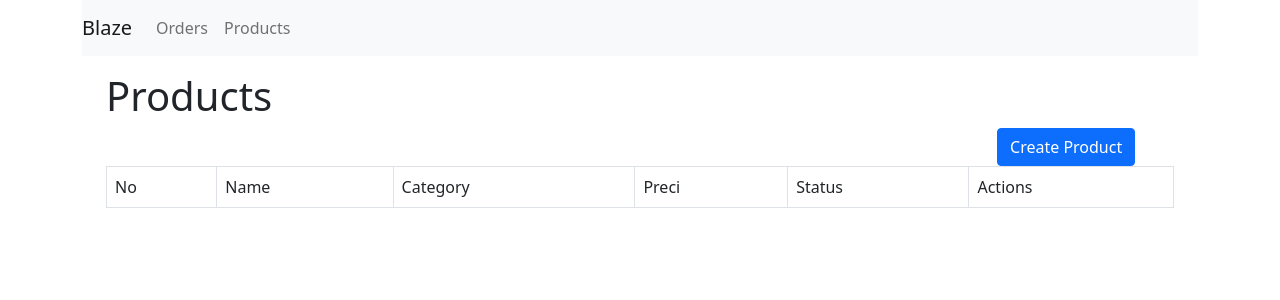
Repository: Isamae/Fractal
Page: /products (app in frond/)
The author's editor kept a copy of each file at every save. The page is drawn from the files as they stood at one save, then again after the next save.
The browser window is 1280 px wide. The pictures show the whole page.
The page's requests for data from a server got no answer. The project was rebuilt for these pictures with package versions that can differ from the ones it lists, and the page was loaded fresh each time. No one was signed in, and anything a server would have sent is missing. Also part of the build but not shown: frond/src/App.css, frond/src/components/AddProductComponent.js, frond/src/components/OrderComponent.js.

Above is the page before, as saved 2021-09-16 16:55:19.

After the next save:
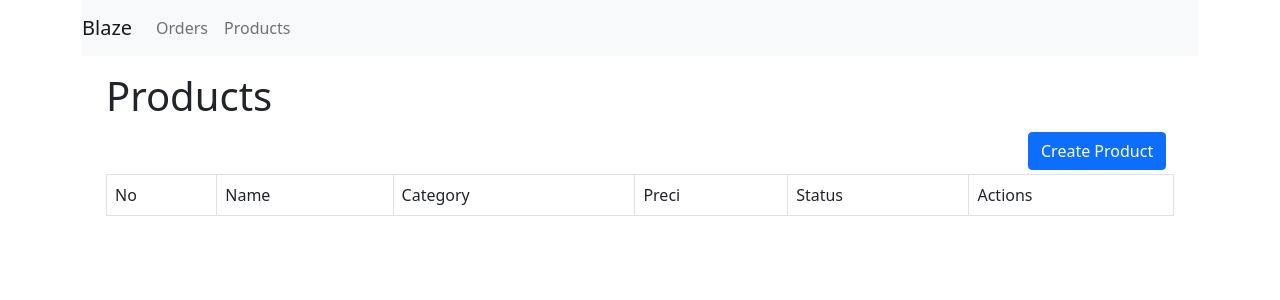
Saved 72 s later.
--- a/frond/src/components/ProductComponent.js
+++ b/frond/src/components/ProductComponent.js
@@ -35,9 +35,9 @@ class ProductComponent extends React.Component{
                     to={"/products/product"}
                     className="badge badge-warning"
                 >
-                    Edit
+                    <button type="button" class="btn btn-primary">Create Product</button>
                 </Link>
-                    <button type="button" class="btn btn-primary">Create Product</button>
+
                 </div>
                 <div class="row">
                     <div class="table-responsive ">
